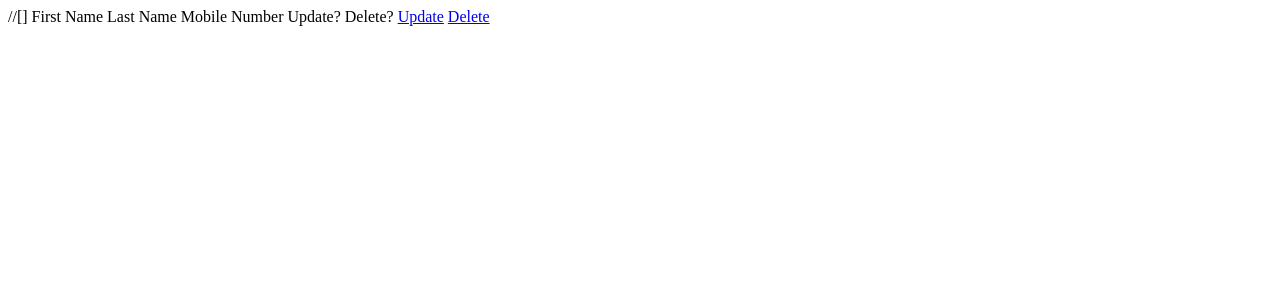
Repository: aamir5773/Spring
Page: http://localhost/SpringMvcEmployeeManagement-1WithJdbc/viewEmployee.do
An editor plug-in stored every save of this project. The page is shown before and after the next save, followed by the edit.
The browser window is 1280 px wide. The pictures show the whole page.
The page is served by Tomcat 9. Queries for data that is not in the repository find no rows.

Above is the page before, as saved 2019-11-14 10:20:17.

After the next save:
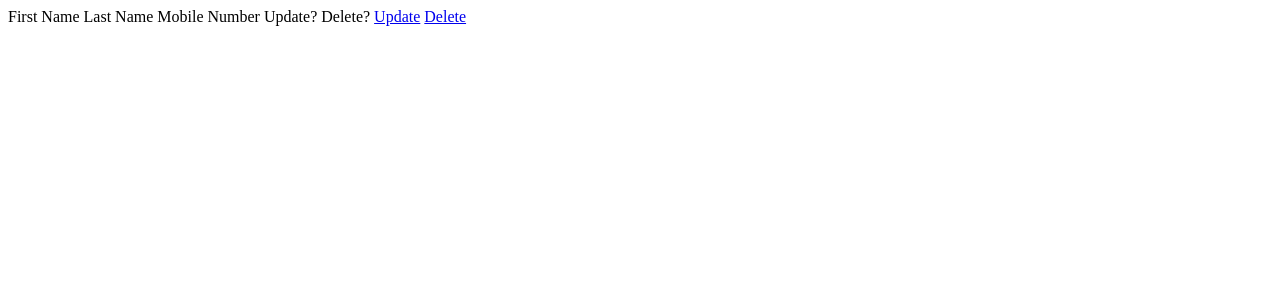
Saved 9 s later.
--- a/SpringMvcEmployeeManagement-1WithJdbc/WebContent/WEB-INF/pages/ViewEmployee.jsp
+++ b/SpringMvcEmployeeManagement-1WithJdbc/WebContent/WEB-INF/pages/ViewEmployee.jsp
@@ -7,7 +7,7 @@
 <title>View Employee</title>
 </head>
 <body>
-	//<%= request.getAttribute("employeeList") %>
+	<%-- <%= request.getAttribute("employeeList") %> --%>
 	<tr>
 			<th>First Name</th>
 			<th>Last Name</th>
